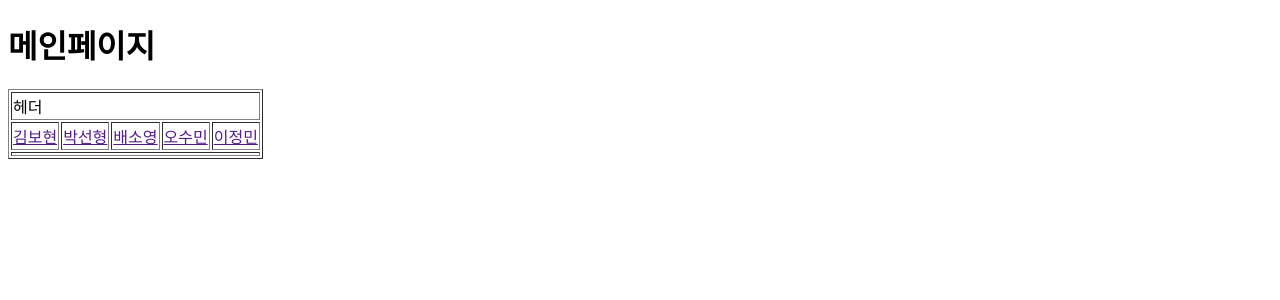
Repository: lastingrowth/teamPrj
Page: http://localhost/studyPrj/info.jsp
The author's editor kept a copy of each file at every save. The page is drawn from the files as they stood at one save, then again after the next save.
The browser window is 1280 px wide. The pictures show the whole page.
The page is served by Tomcat 9.

Above is the page before, as saved 2026-05-01 09:59:10.

After the next save:
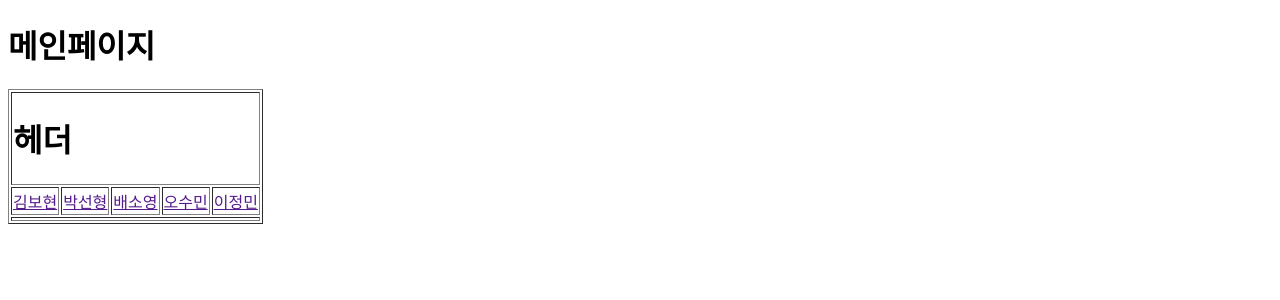
Saved 41 s later.
--- a/study_work/studyPrj/src/main/webapp/inc/header.jsp
+++ b/study_work/studyPrj/src/main/webapp/inc/header.jsp
@@ -1,5 +1,5 @@
 <%@ page language="java" contentType="text/html; charset=UTF-8"
     pageEncoding="UTF-8"%>
 <header>
-	헤더
+	<h1>헤더</h1>
 </header>
